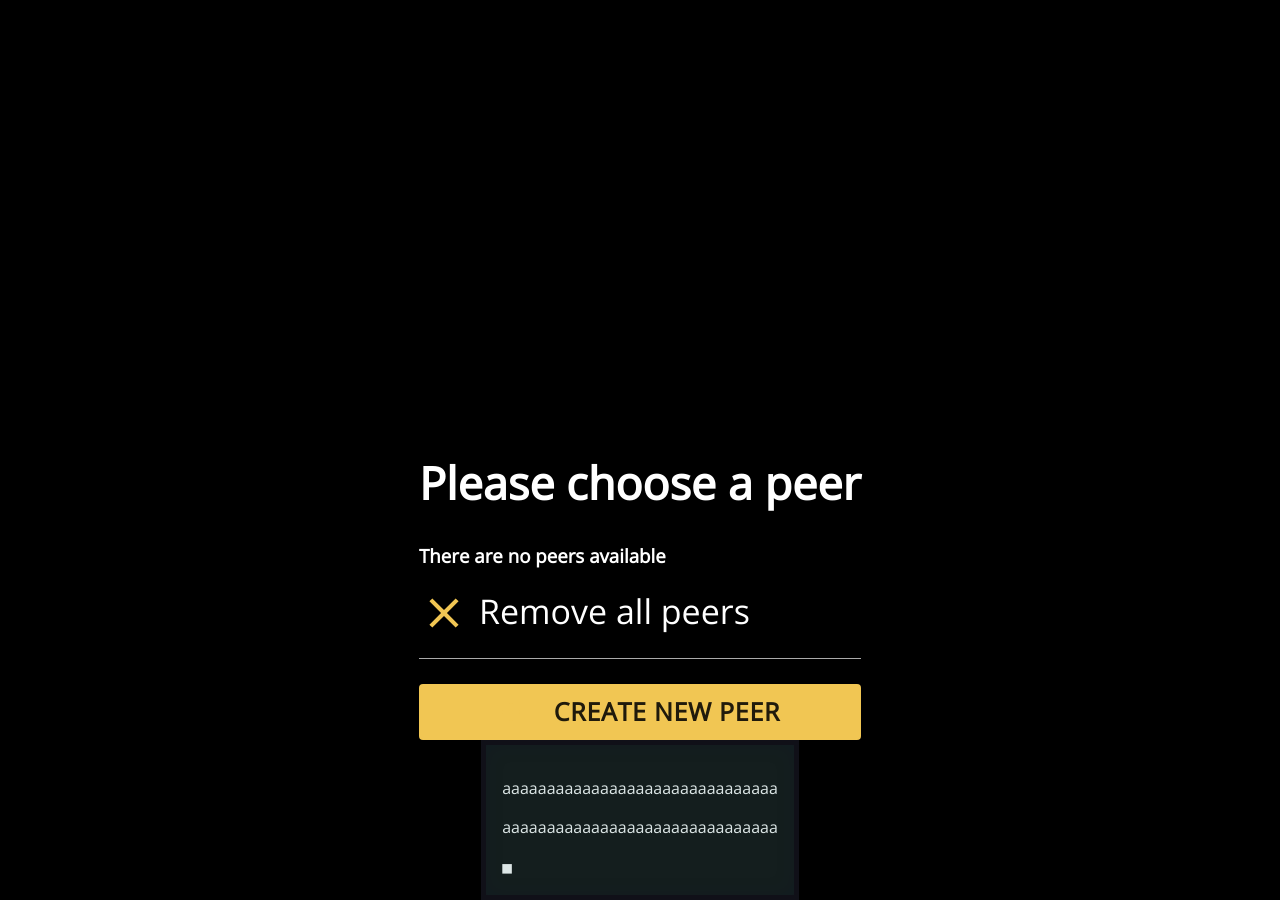
Repository: Bachdz/ASAP-Gui-Frontend
Page: /login
The author's editor kept a copy of each file at every save. The page is drawn from the files as they stood at one save, then again after the next save.
The browser window is 1280 px wide. The pictures show the whole page.
The page's requests for data from a server got no answer. The project was rebuilt for these pictures with package versions that can differ from the ones it lists, and the page was loaded fresh each time. No one was signed in, and anything a server would have sent is missing. Also part of the build but not shown: src/css/loginscreen/Peer.css, src/components/fragments/Footer.js, src/components/mainscreen/subcomponents/Apps.js, src/css/mainscreen/Main.css, src/components/mainscreen/Main.js.

Above is the page before, as saved 2020-12-16 19:20:29.

After the next save:
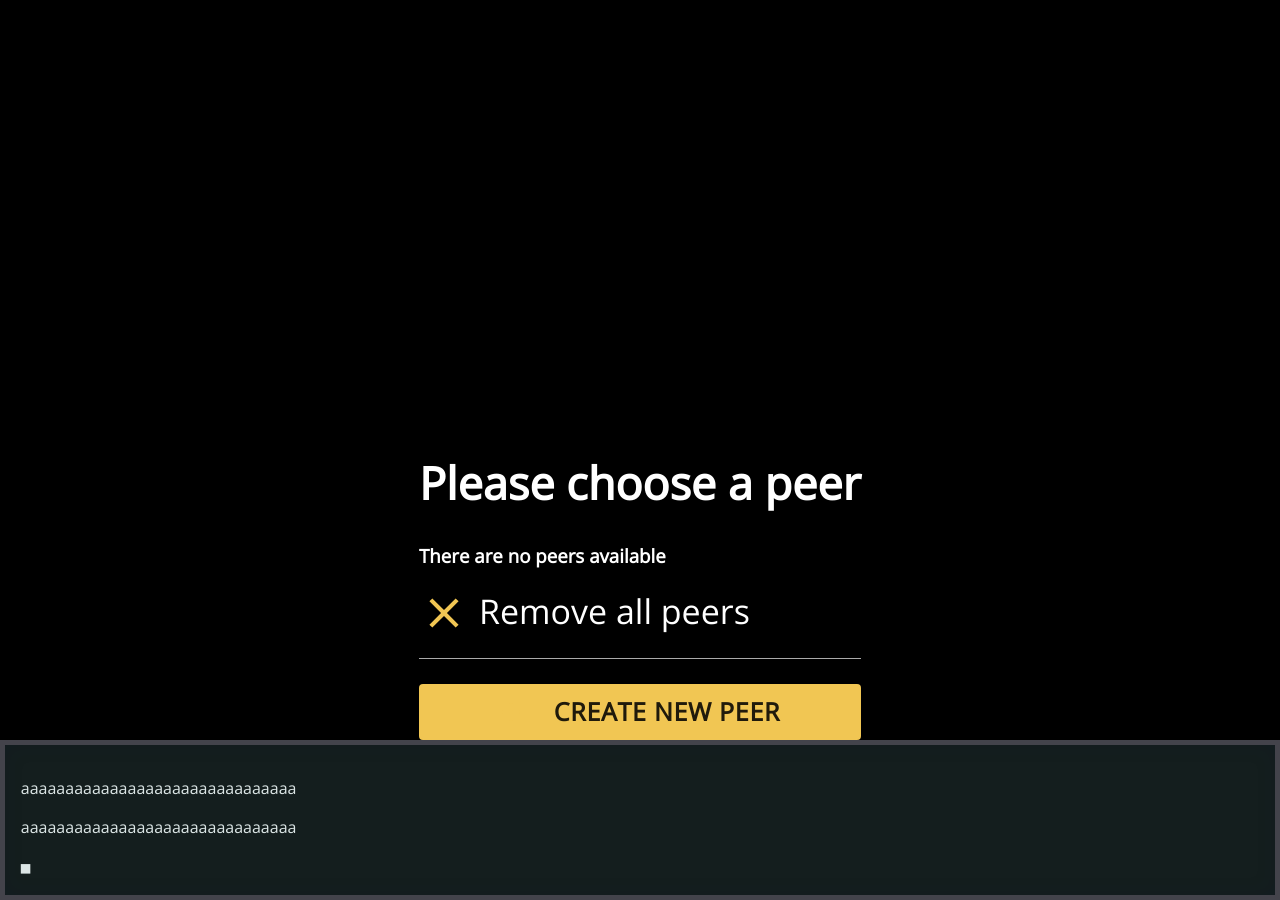
Saved 1 s later.
--- a/src/components/loginscreen/Login.js
+++ b/src/components/loginscreen/Login.js
@@ -65,28 +65,31 @@ class Login extends Component {
     render() {
         const { alertopen, alertmsg, alerttype } = this.state;
         return (
-            <div className="container">
-                <div className="content">
-                    <div className="login-container">
-                        <Snackbar anchorOrigin={{ vertical: 'top', horizontal: 'center' }} open={alertopen} autoHideDuration={2000} onClose={this.handleClose}>
-                            <Alert onClose={this.handleClose} severity={alerttype}>
-                                {alertmsg}
-                            </Alert>
-                        </Snackbar>
-                        <h1>Please choose a peer</h1>
-                        <Peer peers={this.state.peers} />
+            <div>
 
-                        <div id="remove-peer">
-                            <CloseIcon id="remove" onClick={this.removeAllUser} /> Remove all peers
+                <div className="container">
+                    <div className="content">
+                        <div className="login-container">
+                            <Snackbar anchorOrigin={{ vertical: 'top', horizontal: 'center' }} open={alertopen} autoHideDuration={2000} onClose={this.handleClose}>
+                                <Alert onClose={this.handleClose} severity={alerttype}>
+                                    {alertmsg}
+                                </Alert>
+                            </Snackbar>
+                            <h1>Please choose a peer</h1>
+                            <Peer peers={this.state.peers} />
+
+                            <div id="remove-peer">
+                                <CloseIcon id="remove" onClick={this.removeAllUser} /> Remove all peers
             </div>
-                        <CreateUser addUser={this.addUser} />
+                            <CreateUser addUser={this.addUser} />
 
+                        </div>
                     </div>
+
                 </div>
                 <Terminal />
 
             </div>
-
 
         );
     }
